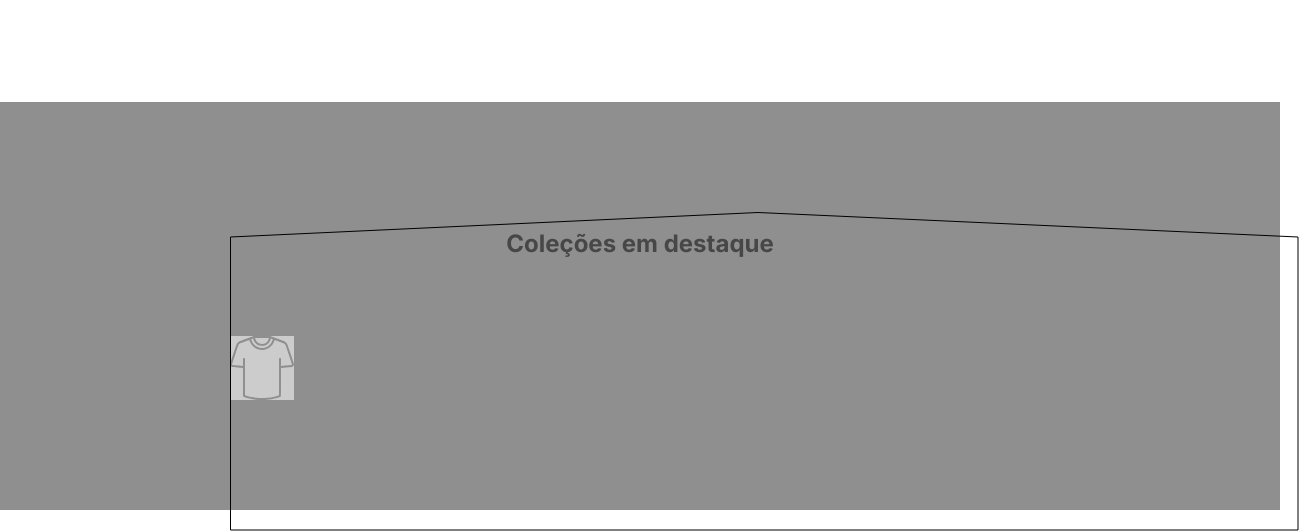
Repository: gimoli/loja-digital
Page: index.html
The author's editor kept a copy of each file at every save. The page is drawn from the files as they stood at one save, then again after the next save.
The browser window is 1280 px wide. The page is 1299 px wide, so the pictures cover 1299 px, including what lies to the right of the window. The pictures show the part of the page from y = 1294 to 1825 px (the page is 1825 px tall).

Above is the page before, as saved 2025-04-24 11:47:54.

After the next save:
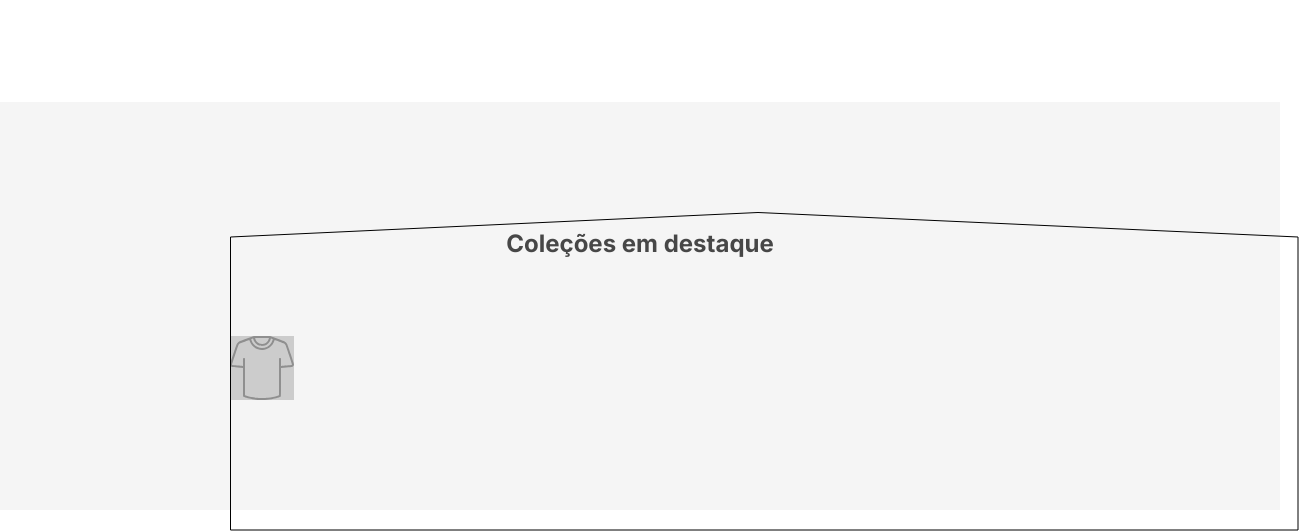
Saved 9 s later.
--- a/index.html
+++ b/index.html
@@ -123,7 +123,7 @@
         </div>
         <div></div>
     </section>
-    <section class="flex flex-col gap-15 px-[230px] py-[110px] bg-(--light-gray)">
+    <section class="flex flex-col gap-15 px-[230px] py-[110px] bg-(--light-gray-3)">
         <div class="flex flex-col gap-10">
             <h4 class="text-(--dark-gray-2) font-bold text-2xl text-center py-4">
                 Coleções em destaque
